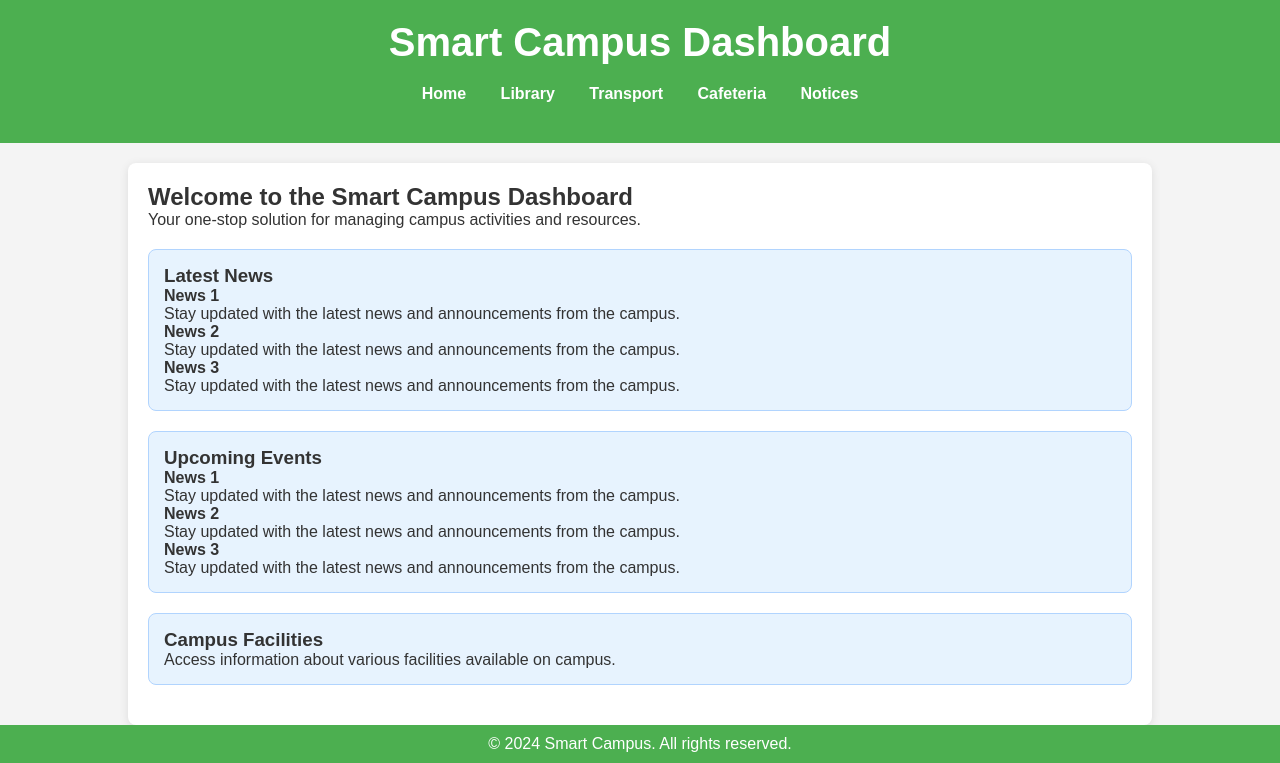
Repository: TejasS1233/MINITHON-hackathon-project
Page: Omar.html
An editor plug-in stored every save of this project. The page is shown before and after the next save, followed by the edit.
The browser window is 1280 px wide. The pictures show the whole page.

Above is the page before, as saved 2024-09-20 08:58:00.

After the next save:
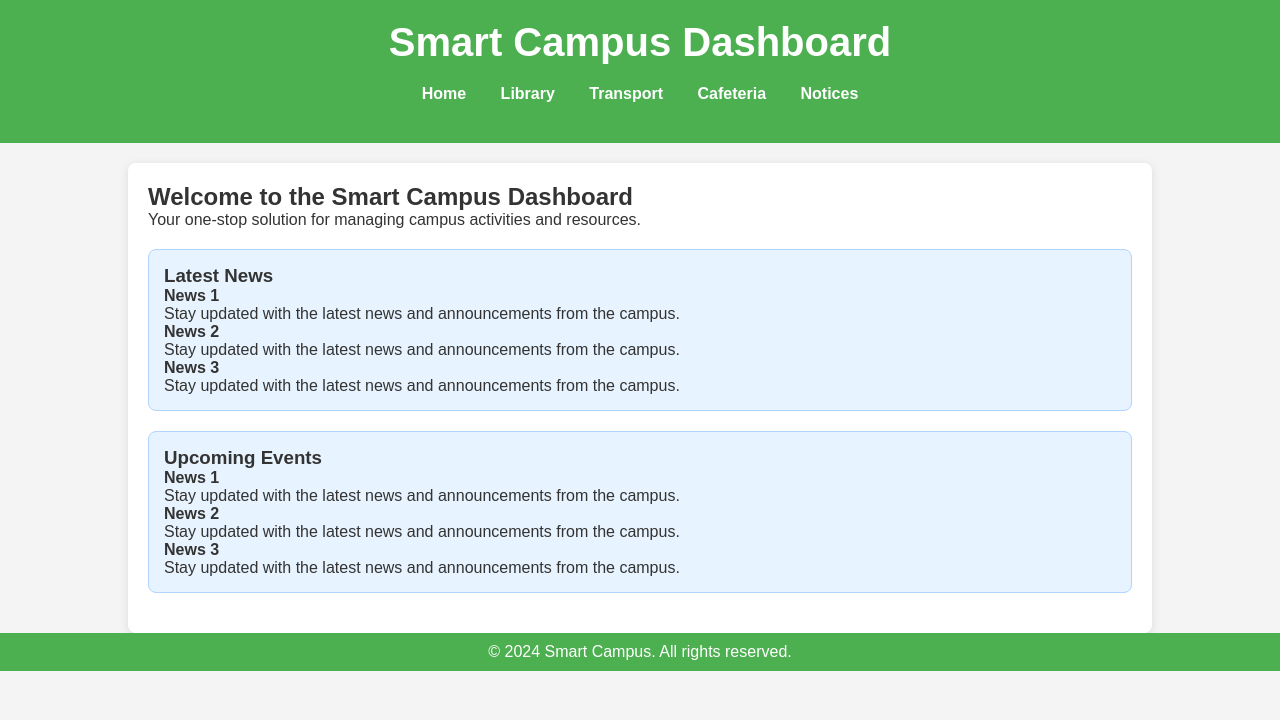
Saved 25 s later.
--- a/Omar.html
+++ b/Omar.html
@@ -90,9 +90,6 @@
         <p>Stay updated with the latest news and announcements from the campus.</p>
     </div>
 
-    <div class="card">
-        <h3>Campus Facilities</h3>
-        <p>Access information about various facilities available on campus.</p>
     </div>
 </div>
 
